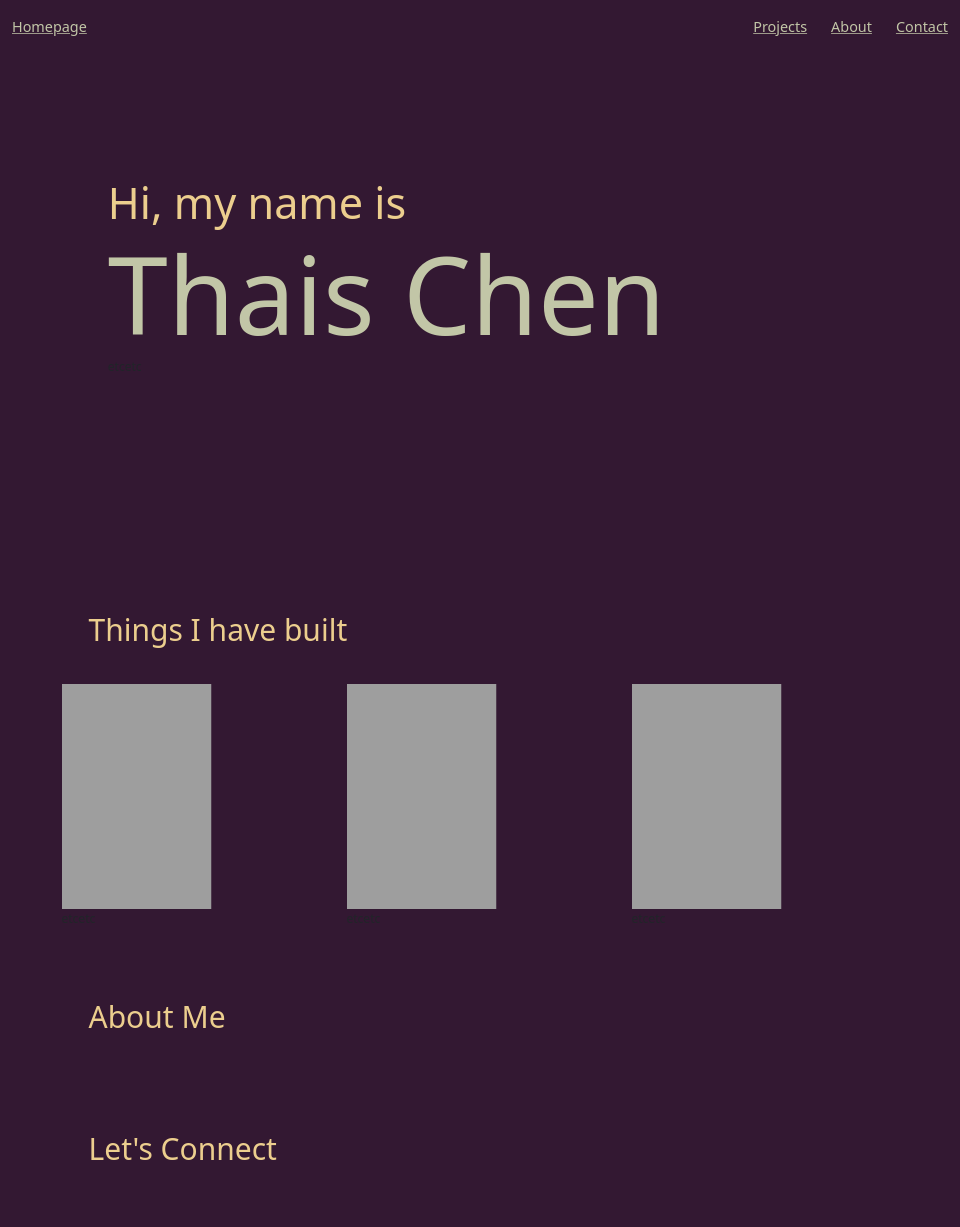
Repository: thais-chen/Portfolio
Page: index.html
These files come from the project's save history. The page is drawn as it stood at one moment and after the next save; the edit follows.
The browser window is 1280 px wide. The pictures show the whole page, at 75% of full size.
Pictures or frames that could not be fetched are drawn as grey boxes.

Above is the page before, as saved 2022-06-17 19:39:09.

### index.html
<!DOCTYPE html>
<html lang="en">
  <head>
    <meta charset="UTF-8">
    <meta name="viewport" content="width=device-width, initial-scale=1.0">
    <meta http-equiv="X-UA-Compatible" content="ie=edge">
    <title>Thais Chen</title>
    <!-- CSS only -->
<link href="https://cdn.jsdelivr.net/npm/bootstrap@5.2.0-beta1/dist/css/bootstrap.min.css" rel="stylesheet"
    integrity="sha384-0evHe/X+R7YkIZDRvuzKMRqM+OrBnVFBL6DOitfPri4tjfHxaWutUpFmBp4vmVor" crossorigin="anonymous">
<link rel="stylesheet" href="./style.css">
  </head>
  <body>
    <header>
        <nav class="navbar">
            <ul>
                <li class="nav-icon"><a href="#contact" > Contact</a></li>
                <li><a href="#about"> About</a> </li>
                <li><a href="#projects"> Projects</a></li>
                <li style="float:left"><a href="#"> Homepage </a> </li>
            </ul>
        </nav>
    </header>
    <main>
        <div class="container">
        <section id="intro" class="row align-items-center">
            <div class="col">
                <h2>Hi, my name is </h2>
                <h1>Thais Chen</h1>
                <p>etcetc</p>
            </div>

        </section>
        <section id="projects" class="row ">
            <h3> Things I have built </h3>


                    <div class="col">
                        <img src="https://picsum.photos/id/237/200/300">
                        <p>
                            etcetc
                        </p>

                    </div>
                    <div class="col">
                        <img src="https://picsum.photos/id/237/200/300">
                        <p>
                            etcetc
                        </p>
                    </div>
                    <div class="col">
                        <img src="https://picsum.photos/id/237/200/300">
                        <p>
                            etcetc
                        </p>
                    </div>

        </section>
        <section id="about" class="row align-items-center">
            <h3> About Me</h3>
        </section>
        <section id="contact" class="row align-items-center">
            <h3>Let's Connect</h3>
        </section>
    </div>
    </main>
    <!-- JavaScript Bundle with Popper -->
    <script src="https://cdn.jsdelivr.net/npm/bootstrap@5.2.0-beta1/dist/js/bootstrap.bundle.min.js" integrity="sha384-pprn3073KE6tl6bjs2QrFaJGz5/SUsLqktiwsUTF55Jfv3qYSDhgCecCxMW52nD2" crossorigin="anonymous"></script>
	<script src="script.js"></script>
  </body>
</html>

### style.css
section{
    margin: 2rem;
}
body{
    background-color: #331832;
}
/*navbar*/
.navbar{
    display: block;
}
.navbar ul {
    list-style: none;
    padding: 0;
    margin: 0;
  }
  .navbar li {
    float: right;
  }
  .navbar li a {
    display: inline-block;
    text-align: center;
    color: #C2C6A7;
    padding: 14px 16px;
    font-size: larger;

}
/* introduction*/
#intro{
    min-height: 100vh;
}
#intro h3{
    color: #ECCE8E;
    font-size: 8vh;
    margin-bottom: 0;
    font-weight: 100;
}
#intro h1{
    color: #C2C6A7;
    font-size: 20vh;
    margin: 0;
}
/* projects */
#projects{

}

.container h2{
    color: #ECCE8E;
    font-size: 8vh;
    margin-bottom: 0;
    font-weight: 100;
}
.container h3{
    color: #ECCE8E;
    font-size: 2.5rem;
    margin-bottom: 0;
    font-weight: 100;
    padding: 3rem;
}

Loaded but not shown: script.js (no copy from this time; the picture is the same without it)

After the next save:
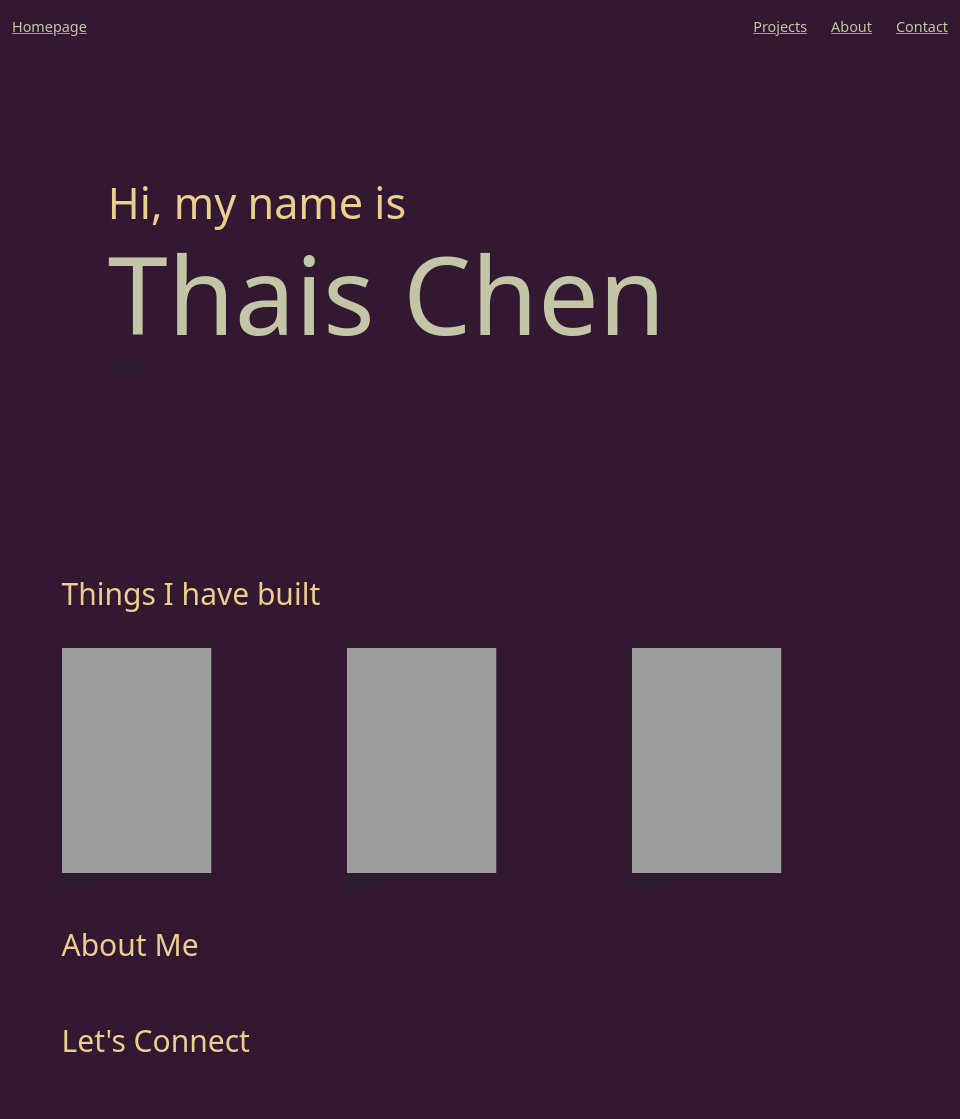
Saved 27 s later.
--- a/style.css
+++ b/style.css
@@ -55,5 +55,4 @@ body{
     font-size: 2.5rem;
     margin-bottom: 0;
     font-weight: 100;
-    padding: 3rem;
-}
+    padding-bottom: 3rem;
